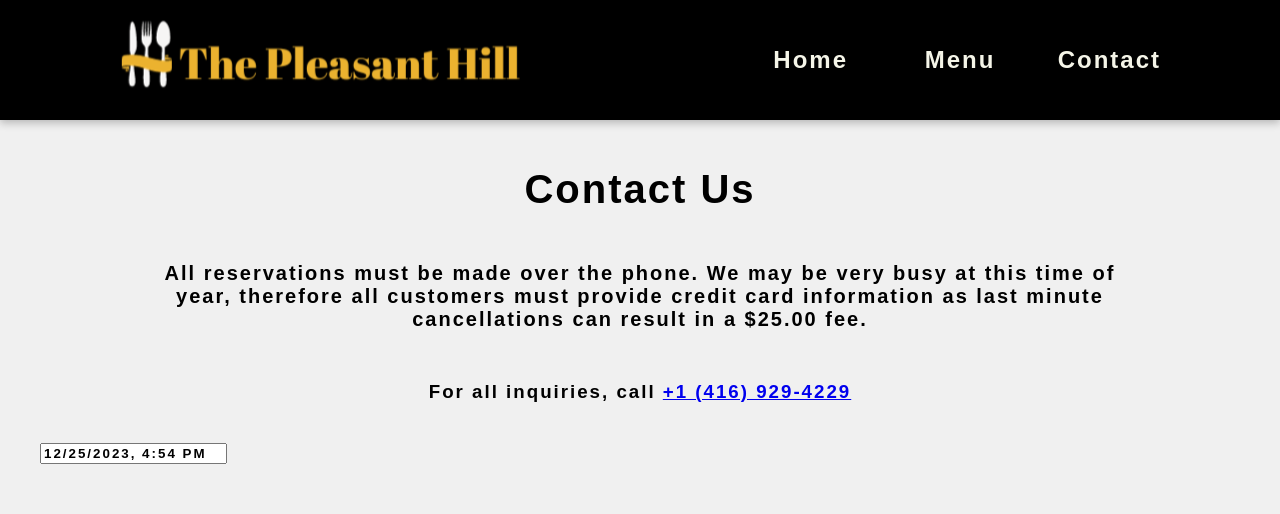
Repository: shayanabedi98/pleasant-hill-restaurant
Page: /, after clicking the first element matching `ul > :nth-child(3)`
The author's editor kept a copy of each file at every save. The page is drawn from the files as they stood at one save, then again after the next save.
The browser window is 1280 px wide. The pictures show the part of the page from y = 0 to 514 px (the page is 1010 px tall).
Pictures or frames that could not be fetched are drawn as grey boxes. Some web fonts or font styles are not loaded; a fallback is used. The project was rebuilt for these pictures with package versions that can differ from the ones it lists, and the page was loaded fresh each time. Also part of the build but not shown: vite.config.js, src/components/MenuList.jsx, src/components/Appetizers.jsx, src/components/Entrees.jsx, src/components/Desserts.jsx, src/components/Drinks.jsx, src/components/Menu.jsx, src/index.css.

Above is the page before, as saved 2024-01-08 15:16:57.

### index.html
<!doctype html>
<html lang="en">
  <head>
    <meta charset="UTF-8" />
    <link rel="icon" type="image/svg+xml" href="/vite.svg" />
    <meta name="viewport" content="width=device-width, initial-scale=1.0" />
    <link rel="preconnect" href="https://fonts.googleapis.com">
    <link rel="preconnect" href="https://fonts.gstatic.com" crossorigin>
    <link href="https://fonts.googleapis.com/css2?family=Italiana&display=swap" rel="stylesheet">
    <title></title>
  </head>
  <body>
    <div id="root"></div>
    <script type="module" src="/src/main.jsx"></script>
  </body>
</html>

### src/App.jsx
import { useState } from "react";
import Contact from "./components/Contact";
import Home from "./components/Home";
import Menu from "./components/Menu";
import Navbar from "./components/Navbar";
import "./App.css";

function App() {
  const [activeDiv, setActiveDiv] = useState({
    home: true,
    menu: false,
    contact: false,
  });

  const renderDiv = (clickedItem) => {
    setActiveDiv({
      home: clickedItem === 'home',
      menu: clickedItem === 'menu',
      contact: clickedItem === 'contact'
    })
  }

  return (
    <>
      <Navbar onClick={renderDiv} />
      {activeDiv.home && <Home />}
      {activeDiv.menu && <Menu />}
      {activeDiv.contact && <Contact />}
    </>
  );
}

export default App;

### src/components/Contact.jsx
import React, { useState } from "react";
import DatePicker from "react-datepicker";
import "react-datepicker/dist/react-datepicker.css";

const Contact = () => {
  const [startDate, setStartDate] = useState(new Date());

  return (
    <div className="contact">
      <h1>Contact Us</h1>
      <h2>
        All reservations must be made over the phone. We may be very busy at
        this time of year, therefore all customers must provide credit card
        information as last minute cancellations can result in a $25.00 fee.
      </h2>
      <h3>
        For all inquiries, call <a href="tel:+14169295229">+1 (416) 929-4229</a>{" "}
      </h3>
      <form action="">
        <DatePicker
          selected={startDate}
          onChange={(date) => setStartDate(date)}
          minDate={new Date()}
          showTimeSelect
          dateFormat="Pp"
        />
      </form>
      <div className="iframe-div">
        <iframe
          className="map"
          src="https://www.google.com/maps/embed?pb=!1m18!1m12!1m3!1d721.6078904512414!2d-79.3904640303319!3d43.65999366841537!2m3!1f0!2f0!3f0!3m2!1i1024!2i768!4f13.1!3m3!1m2!1s0x882b34b7cf806435%3A0x842c90518fb9fea1!2s109%20College%20St%2C%20Toronto%2C%20ON%20M5G%201L6!5e0!3m2!1sen!2sca!4v1703711320331!5m2!1sen!2sca"
          width="800"
          height="400"
          style={{ border: 0 }}
        ></iframe>
      </div>
    </div>
  );
};

export default Contact;

### src/components/Home.jsx
import React from 'react'
import aboutImg from '../assets/about.jpg'
import toronto from '../assets/toronto.jpg'
import '../assets/banner.jpg'

const Home = () => {
  return (
    <div className='home'>
      <div className='banner-content'>
        <h1>Dine in luxury at The Pleasant Hill</h1>
        <div className='banner-buttons'>
          <button>View Menu</button>
          <button>Book Reservation</button>
        </div>
      </div>
      <div className="about">
        <div className='about1'>
          <img src={aboutImg} alt="zoomed in picture of a dining table with utensils" />
          <h2>Indulge in the Epitome of Gastronomic Luxury at The Pleasant Hill, Toronto's premier dining establishment where every dish promises an adventure for the senses. Experience the pinnacle of culinary artistry in the heart of Ontario. Each dish is a masterpiece, composed of the finest locally-sourced ingredients and presented with the elegance worthy of royalty.</h2>
        </div>

        <div className="about2">
          <p>Nestled in the heart of Toronto, Ontario, The Pleasant Hill offers an oasis of culinary refinement in a world bustling with activity. This luxurious haven of gastronomy is not just a restaurant; it is a destination where the art of fine dining is celebrated, and every meal is an exquisite journey. With its opulent ambiance, The Pleasant Hill invites patrons to indulge in a symphony of flavors crafted by world-renowned chefs. Our sommelier-curated wine selection complements the epicurean delights, featuring rare vintages and sought-after labels from the most esteemed vineyards. At The Pleasant Hill, we believe that a meal should be a cherished moment, a time to savor the luxuries that life has to offer. We take pride in creating an unforgettable experience that begins with a warm welcome and lingers long after the last decadent dessert is enjoyed. Come, be our guest and immerse yourself in the pinnacle of Toronto's dining scene.</p>
          <img src={toronto} alt="Toronto skyline" />
        </div>
      </div>
    </div>
  )
}

export default Home

### src/components/Navbar.jsx
import React from "react";
import logo from "../assets/logo2.png";

const Navbar = ({ onClick }) => {
  return (
    <div className="navbar">
      <img src={logo} alt="" />
      <ul>
        <li onClick={() => onClick("home")}>Home</li>
        <li onClick={() => onClick("menu")}>Menu</li>
        <li onClick={() => onClick("contact")}>Contact</li>
      </ul>
    </div>
  );
};

export default Navbar;

### src/App.css
* {
  font-family: 'Italiana', sans-serif;
  font-weight: 600;
  letter-spacing: 2px;
}

body {
  padding: 0px;
  margin: 0px;
}

.navbar {
  background-color: black;
  display: grid;
  grid-template-columns: 1fr 1fr;
  place-items: center;
  align-content: center;
  height: 120px;
  box-shadow: rgba(0, 0, 0, 0.24) 0px 3px 8px;
  z-index: 2;
  position: fixed;
  width: 100%;
  top: 0;
}

.navbar ul li {
  list-style: none;
  font-size: 24px;
  text-align: center;
  color: rgb(245, 245, 232);
  background-color: black;
}

.navbar ul {
  display: grid;
  width: 70%;
  grid-template-columns: 1fr 1fr 1fr;
  padding: 0px;
  margin: 0px;

}

.navbar ul li:hover {
  cursor: pointer;
  background-color: #aa9c66;
}

.banner-content {
  background: url('./assets/banner.jpg');
  background-attachment: fixed;
  height: 980px;
  display: grid;
  place-items: center;
}

.banner-content h1 {
  position: relative;
  top: 200px;
  font-size: 70px;
  color: #ffffff;
}

.banner-buttons {
  position: relative;
  top: -150px;
  display: grid;
  grid-template-columns: 1fr 1fr;
  gap: 50px;
}

.banner-buttons button {
  width: 170px;
  height: 70px;
  font-size: 20px;
  border: none;
  background-color: #aa9c66;
  color: #ffffff;
  cursor: pointer;
  box-shadow: rgba(50, 50, 93, 0.25) 0px 13px 27px -5px, rgba(0, 0, 0, 0.3) 0px 8px 16px -8px;
}

.about {
  box-shadow: rgba(0, 0, 0, 0.1) 0px 4px 6px -1px, rgba(0, 0, 0, 0.06) 0px 2px 4px -1px;
  width: 1220px;
  margin: 70px auto;
  padding: 40px;
  text-align: start;
  background-color: #f0f0f0;
}

.about1, .about2 {
  display: grid;
  grid-template-columns: 1fr 1fr;
  place-items: center;
  width: 1200px;
  margin: 70px auto;
  padding: 25px;
  line-height: 35px;
}

.about img {
  height: 550px;
  width: 550px;
  object-fit: cover;
}

.menu {
  background-color: #f0f0f0;
  width: 1220px;
  padding: 40px;
  margin: 120px auto;
  box-shadow: rgba(0, 0, 0, 0.1) 0px 4px 6px -1px, rgba(0, 0, 0, 0.06) 0px 2px 4px -1px;
}

.card-container {
  display: grid;
  gap: 20px;
  grid-template-columns: repeat(3, 1fr);
  place-items: center;
  color: #aa9c66;
  width: 1200px;
  margin: auto;
}

.menu-imgs {
  width: 300px;
  margin: 30px 30px 30px 30px;
  border-radius: 5%;
}

.menu-desc {
  text-align: center;
  font-weight: 600;
  padding-left: 20px;
  padding-right: 20px
}

.menu-names {
  font-size: 25px;
  text-decoration: underline;
  color: rgb(158, 152, 96);
}

.card {
  width: 370px;
  min-height: 400px;
  cursor: pointer;
  box-shadow: 0 13px 27px -5px hsla(240, 30.1%, 28%, 0.25), 0 8px 16px -8px hsla(0, 0%, 0%, 0.3), 0 -6px 16px -6px hsla(0, 0%, 0%, 0.03);
  transition: all ease 200ms;
  display: grid;
  place-items: center;
  grid-template-rows: 1fr 0.3fr 0.3fr;
  background-color: black;
  border-radius: 1rem;
  overflow: hidden;

}

.card:hover {
  cursor: pointer;
  transform: scale(1.03);
  box-shadow: 0 13px 40px -5px hsla(240, 30.1%, 28%, 0.12), 0 8px 32px -8px hsla(0, 0%, 0%, 0.14), 0 -6px 32px -6px hsla(0, 0%, 0%, 0.02);
}


.menu-desc, .menu-names {
  background-color: black;
}

.menu h2 {
  text-align: center;
  font-size: 35px;
  margin: 60px 0 60px 0;

}

.menu h1 {
  text-align: center;
  font-size: 40px;
}

.menu-top-p {
  text-align: center;
  font-size: 23px;
  width: 1200px;
  margin: 70px auto;
}

.contact {
  background-color: #f0f0f0;
  width: 1200px;
  margin: 100px auto;
  height: 730px;
  padding: 40px;
}


.contact h1 {
  text-align: center;
  width: 1200px;
  font-size: 40px;

}

.contact h2 {
  text-align: center;
  margin: 50px auto;
  width: 1000px;
  font-size: 20px;
}

.contact h3 {
  text-align: center;
  margin: 40px auto;
}

/* Style the calendar container */
.react-datepicker {
  border: none;
  border-radius: 10px;
  box-shadow: 0 4px 8px rgba(0, 0, 0, 0.1);
}

.react-datepicker-wrapper {
  width: 300px;
}

/* Style the header */
.react-datepicker__header {
  background-color: #4a90e2;
  color: white;
}

/* Style the days of the week */
.react-datepicker__day-name {
  color: #333;
}

/* Style the date cells */
.react-datepicker__day, .react-datepicker__day-name {
  width: 2.5rem;
  line-height: 2.5rem;
  margin: 0.166rem;
  border-radius: 50%;
}

/* Style the selected date */
.react-datepicker__day--selected {
  background-color: #c2ab4f;
  color: white;
}

/* Style the hover effect on dates */
.react-datepicker__day:hover {
  background-color: #aa9c66;
}


.iframe-div {
  margin: 50px auto;
  display: flex;
  justify-content: center;
  align-items: center;
  height: 400px;
}



@media only screen and (max-width: 1300px) {
  .about {
    width: 100%;
    padding: 0;
  }

  .about1, .about2 {
    grid-template-rows: 1fr 1fr;
    grid-template-columns: none;

  }

  .about1 {
    margin: 0;
    padding-top: 50px;
  }

  .about1 img {
    width: 500px;
    height: 300px;
  }

  .about1 h2 {
    font-size: 20px;
    margin: 50px 40px 40px 40px;
    text-align: center;
  }

  .about2 img {
    order: -1;
    width: 600px;
    height: 400px;
  }

  .about2 p {
    text-align: center;
    font-size: 15px;
  }

  .banner-content {
    width: 100%;
  }

  .home {
    width: 100%;
  }

  .home h1 {
    font-size: 45px;
  }

  .banner-buttons button {
    width: 170px;
  }

}

Loaded but not shown: src/main.jsx (common file)

After the next save:
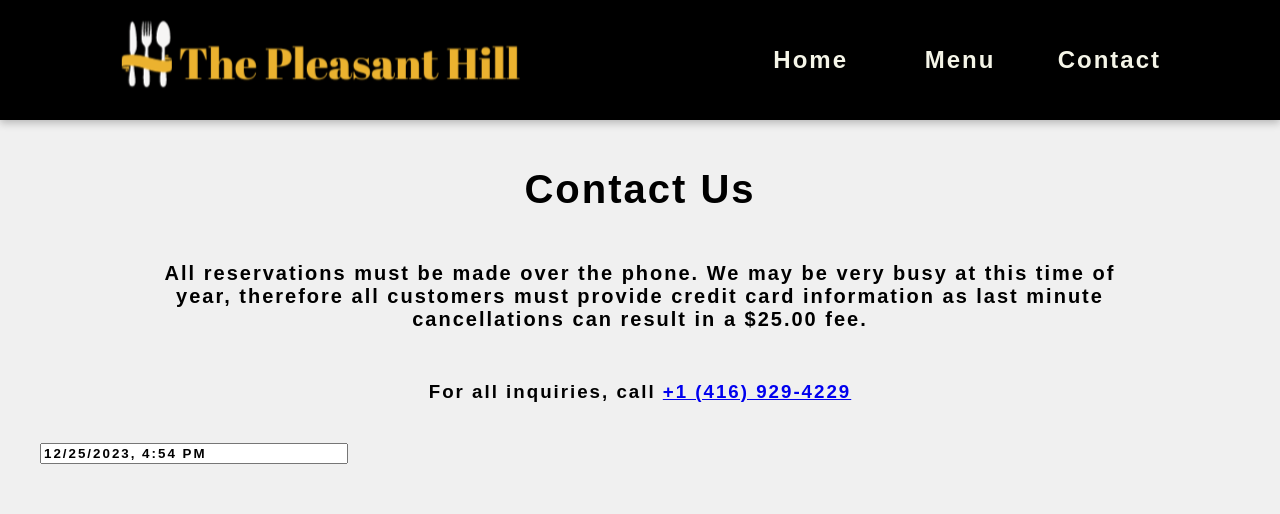
Saved 42 s later.
--- a/src/App.css
+++ b/src/App.css
@@ -221,7 +221,7 @@ body {
   box-shadow: 0 4px 8px rgba(0, 0, 0, 0.1);
 }
 
-.react-datepicker-wrapper {
+.contact input {
   width: 300px;
 }
 
